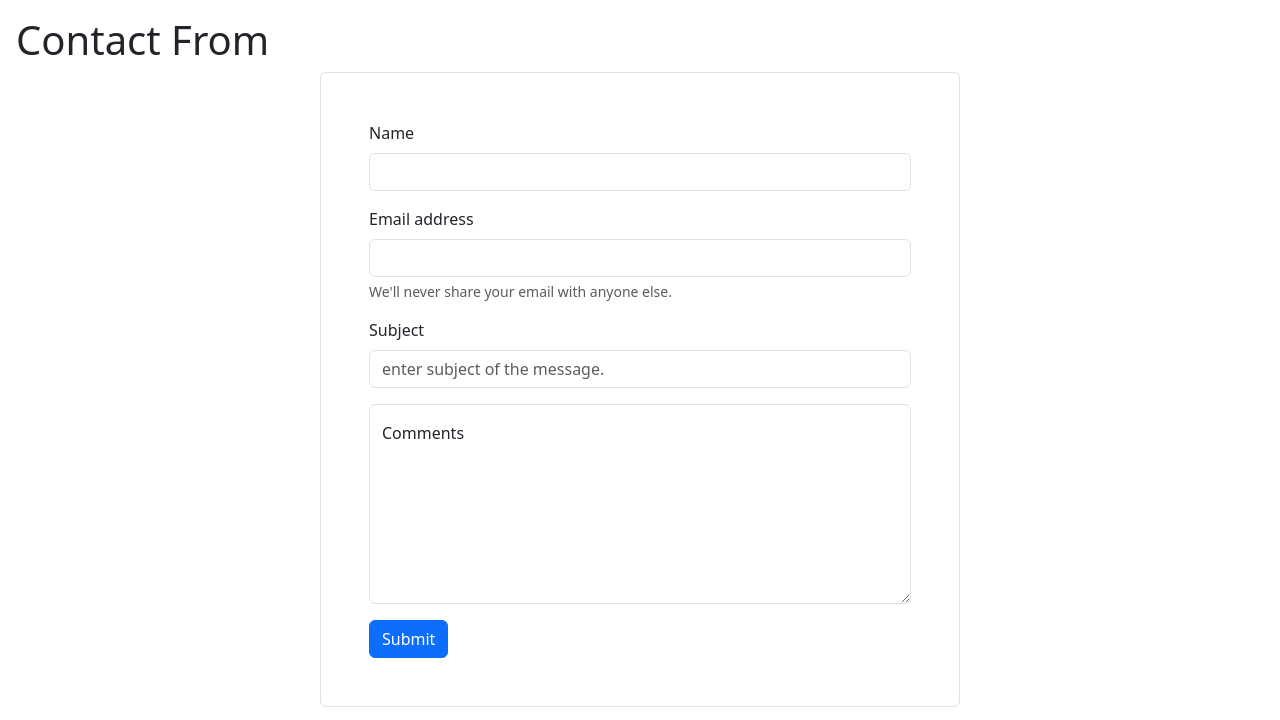
Repository: syni18/bootstrap_form
Page: index.html
These files come from the project's save history. The page is drawn as it stood at one moment and after the next save; the edit follows.
The browser window is 1280 px wide. The pictures show the whole page.

Above is the page before, as saved 2023-10-26 15:39:44.

After the next save:
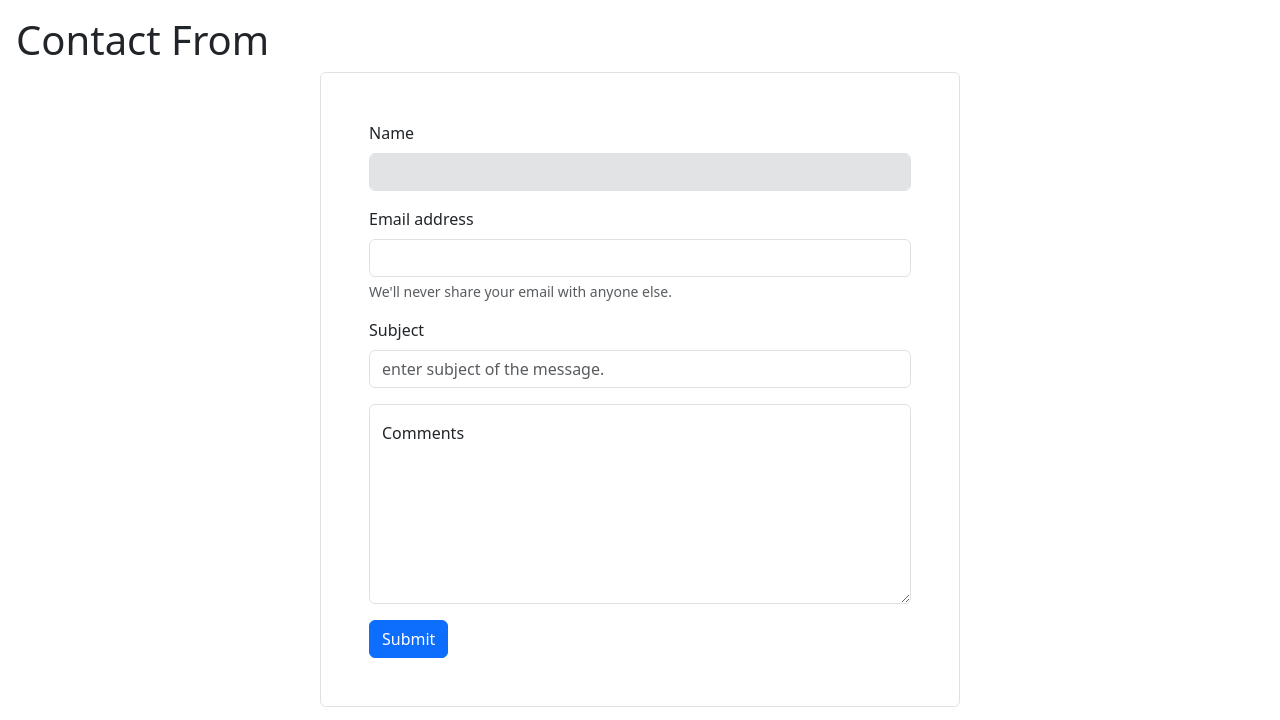
Saved 65 s later.
--- a/index.html
+++ b/index.html
@@ -11,7 +11,8 @@
     <form class="container w-50 border p-5 rounded">
   <div class="mb-3">
     <label for="exampleInputName1" class="form-label">Name</label>
-    <input type="name" class="form-control" id="exampleInputName1" aria-describedby="NameHelp">
+    <input type="name" class="form-control bg-secondary-subtle
+" id="exampleInputName1" aria-describedby="NameHelp">
   </div>
   <div class="mb-3">
     <label for="exampleInputEmail1" class="form-label">Email address</label>
